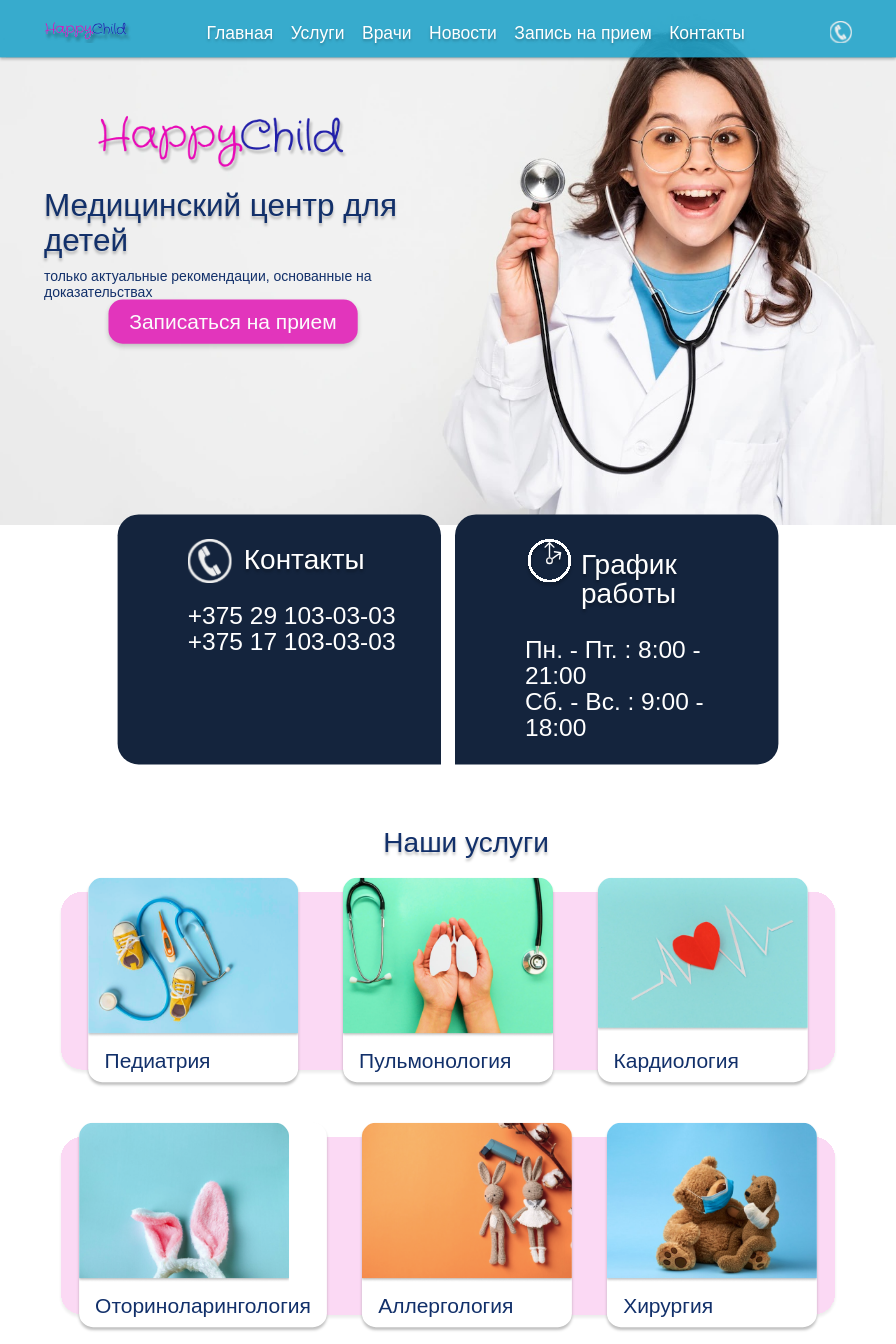
Repository: Normandy72/Landing-Page-Happy-Child
Page: index.html
The author's editor kept a copy of each file at every save. The page is drawn from the files as they stood at one save, then again after the next save.
The browser window is 1280 px wide. The pictures show the part of the page from y = 0 to 1920 px (the page is 8486 px tall), at 70% of full size.
Some web fonts or font styles are not loaded; a fallback is used.

Above is the page before, as saved 2022-11-12 18:22:34.

### index.html
<!DOCTYPE html>
<html lang="en">
<head>
    <meta charset="UTF-8">
    <meta http-equiv="X-UA-Compatible" content="IE=edge">
    <meta name="viewport" content="width=device-width, initial-scale=1.0">
    <link href="https://fonts.googleapis.com/css2?family=Neucha&display=swap" rel="stylesheet">
    <link href="https://fonts.googleapis.com/css2?family=Coustard:wght@400;900&display=swap" rel="stylesheet">
    <link rel="icon" href="resources/icon/stethoscope.ico" sizes="16x16">
    <link rel="icon" href="resources/icon/stethoscope.ico" sizes="32x32">
    <link rel="icon" href="resources/icon/stethoscope.ico" sizes="64x64">
    <link rel="stylesheet" href="styles/main.css">
    <title>Happy Child</title>
</head>

<body>
    <header>
        <div class="wrapper layout-3-columns">
            <a href="#">
                <div class="header__logo"></div>
            </a>
            <nav class="header__navigation">
                <a class = "navigation__link" href="#">Главная</a>
                <a class = "navigation__link" href="#">Услуги</a>
                <a class = "navigation__link" href="#">Врачи</a>
                <a class = "navigation__link" href="#">Новости</a>
                <a class = "navigation__link" href="#">Запись на прием</a>
                <a class = "navigation__link" href="#">Контакты</a>
            </nav>
            <a href="tel: +375291030303">
                <div class="header__phone"></div>
            </a>
        </div>
    </header>

    <main>
        <section class="section__main">
            <div class="wrapper">
                <div class="main__text">
                    <div class="main__logo"></div>
                    <h1>Медицинский центр для детей</h1>
                    <h6>только актуальные рекомендации, основанные на доказательствах</h6>
                    <button class="button button_accented">Записаться на прием</button>
                </div>
            </div>
        </section>

        <section class="section__information wrapper">
            <div class="information__block block__phone">
                <div class="block__icon"></div>
                <h2>Контакты</h2>
                <h3>+375 29 103-03-03</h3>
                <h3>+375 17 103-03-03</h3>
            </div>
            <div class="information__block block__shedule">
                <div class="block__icon"></div>
                <h2>График работы</h2>
                <h3>Пн. - Пт. :    8:00 - 21:00</h3>
                <h3>Сб. - Вс. :    9:00 - 18:00</h3>
            </div>
        </section>

        <section class="section__services">
            <div class="wrapper">
                <h2 class="heading_dark">Наши услуги</h2>
                <div class="divider"></div>
                <div class="services__cards layout-3-columns">
                    <div class="services__card">
                        <img src="resources/img/services/pediatria.png" alt="pediatria">
                        <h4>Педиатрия</h4>
                    </div>

                    <div class="services__card">
                        <img src="resources/img/services/pulmo.png" alt="pulmo">
                        <h4>Пульмонология</h4>
                    </div>

                    <div class="services__card">
                        <img src="resources/img/services/cardio.png" alt="cardio">
                        <h4>Кардиология</h4>
                    </div>
                </div>

                <div class="services__cards layout-3-columns">
                    <div class="services__card">
                        <img src="resources/img/services/lor.png" alt="lor">
                        <h4>Оториноларингология</h4>
                    </div>

                    <div class="services__card">
                        <img src="resources/img/services/allergo.png" alt="allergo">
                        <h4>Аллергология</h4>
                    </div>

                    <div class="services__card">
                        <img src="resources/img/services/surgery.png" alt="surgery">
                        <h4>Хирургия</h4>
                    </div>
                </div>

                <div class="services__cards layout-3-columns">
                    <div class="services__card">
                        <img src="resources/img/services/neuro.png" alt="neuro">
                        <h4>Неврология</h4>
                    </div>

                    <div class="services__card">
                        <img src="resources/img/services/endocryn.png" alt="endocryn">
                        <h4>Эндокринология</h4>
                    </div>

                    <div class="services__card">
                        <img src="resources/img/services/ophtalm.png" alt="ophtalm">
                        <h4>Офтальмология</h4>
                    </div>
                </div>

                <div class="services__cards layout-3-columns">
                    <div class="services__card">
                        <img src="resources/img/services/vaccination.png" alt="vaccination">
                        <h4>Вакцинация</h4>
                    </div>

                    <div class="services__card">
                        <img src="resources/img/services/usd.png" alt="usd">
                        <h4>УЗ-диагностика</h4>
                    </div>

                    <div class="services__card">
                        <img src="resources/img/services/stayhome.png" alt="stayhome">
                        <h4>Вызов врача на дом</h4>
                    </div>
                </div>
            </div>
        </section>

        <section class="section__addition">
            <div class="wrapper addition__info layout-2-columns">
                <div class="addition__text">
                    <h2>Записаться на прием онлайн</h2>
                    <h5>Записаться на приём можно в любое время суток и без выходных</h5>
                </div>
                <button class="button button_standart">Записаться онлайн</button>
            </div>
        </section>

        <section class="wrapper section__chief layout-2-columns">
            <div class="chief__foto"></div>
            <div class="chief__text">
                <div class="text__lines">
                    <div class="lines__line"></div>
                    <p>“</p>
                    <div class="lines__line"></div>
                </div>
                <h5>Счастливый ребенок – это, прежде всего, ребенок здоровый, и только потом уже читающий
                и играющий на скрипке.</h5>
                <div class="text__lines">
                    <div class="lines__line"></div>
                    <p>”</p>
                    <div class="lines__line"></div>
                </div>
                <div class="chief__signature">
                    <h5>Главный врач клиники</h5>
                    <img class="chief__logo" src="resources/icon/HappyChild_small.svg" alt="logo"></img>
                </div>
                <h5>Самуилова Инна Абрамовна</h5>
            </div>
        </section>

        <section class="wrapper section__doctors">
            <h2 class="heading_dark">Познакомьтесь с нашими специалистами</h2>
            <p>Мы гордимся тем, что являемся медицинским центром, где Ваши дети на первом месте!
                В кратчайшие сроки мы предоставляем медицинскую помощь высочайшего качества и индивидуальное лечение ведущими специалистами страны. </p>
            <div class="doctors__arrays">
                <div></div>
                <div></div>
            </div>
            <div class="doctors__cards">
                <div class="doctors__card">
                    <img src="resources/img/doctors/ivanov1.png" alt="ivanov1">
                    <h5>Иванов Илья Денисович</h5>
                    <h6>Врач-оториноларинголог</h6>
                </div>

                <div class="doctors__card">
                    <img src="resources/img/doctors/stanina1.png" alt="stanina1">
                    <h5>Станина Александра Ивановна</h5>
                    <h6>Врач-офтальмолог</h6>
                </div>

                <div class="doctors__card">
                    <img src="resources/img/doctors/tkachenko1.png" alt="tkachenko1">
                    <h5>Ткаченко Антонина Львовна</h5>
                    <h6>Врач-невролог</h6>
                </div>

                <div class="doctors__card">
                    <img src="resources/img/doctors/savenko1.png" alt="savenko1">
                    <h5>Савенко Алина Викторовна</h5>
                    <h6>Врач-педиатр</h6>
                </div>

                <div class="doctors__card">
                    <img src="resources/img/doctors/krotov1.png" alt="krotov1">
                    <h5>Кротов Алексей Геннадьевич</h5>
                    <h6>Врач-хирург</h6>
                </div>

                <div class="doctors__card">
                    <img src="resources/img/doctors/karpovich1.png" alt="karpovich1">
                    <h5>Карпович Анна Игоревна</h5>
                    <h6>Врач-кардиолог</h6>
                </div>

                <div class="doctors__card">
                    <img src="resources/img/doctors/akulich1.png" alt="akulich1">
                    <h5>Акулич Олег Васильевич</h5>
                    <h6>Врач-эндокринолог</h6>
                </div>

                <div class="doctors__card">
                    <img src="resources/img/doctors/astapenko1.png" alt="astapenko1">
                    <h5>Астапенко Ирина Эдуардовна</h5>
                    <h6>Врач УЗ-диагностики</h6>
                </div>
            </div>
        </section>

        <section>
            <div class="section__lines">
                <div></div>
                <div></div>
                <div></div>
            </div>
            <div class="wrapper section__news">
                <h2 class="heading_dark">Новости</h2>
                <div class="news_card">
                    <img src="resources/img/news/news1.png" alt="news1">
                    <h4>25. 07. 2022   15 : 00</h4>
                    <h3>Всемирный день здоровья полости рта</h3>
                    <h5>Взрослея, организм ребенка испытывает множество изменений. В честь Всемирного дня здоровья полости рта наши стоматологи расскажут родителям и детям, как заботиться о зубах и деснах в разных возрастных периодах, какие средства использовать, чтобы смена молочных зубов прошла легко и безболезненно, и еще много-много полезного!</h5>
                    <a href="#">Подробнее...</a>
                </div>

                <div class="news_card">
                    <img src="resources/img/news/news2.png" alt="news1">
                    <h4>27. 07. 2022   13 : 30</h4>
                    <h3>Европейская неделя иммунизации</h3>
                    <h5>Знаете ли Вы, что иммунизация является единственным и надежным способом борьбы с эпидемиологическими заболеваниями, такими как корь, полиомиелит, эпидемический паротит и др.? В рамках Европейской недели иммунизации врач-педиатр Савенко Алина Викторовна познакомит Вас с текущим календарем профилактических прививок и ответит на все волнующие Вас вопросы! </h5>
                    <a href="#">Подробнее...</a>
                </div>

                <div class="news_card">
                    <img src="resources/img/news/news3.png" alt="news1">
                    <h4>28. 07. 2022    16 : 00</h4>
                    <h3>Международный день офтальмологии</h3>
                    <h5>Ухудшение зрения может лишить человека возможности заниматься любимым делом. Хорошо, что современная офтальмология обладает широкими возможностями для лечения многих заболеваний глаз.  Приходите к нам в Международный день офтальмологии и узнайте, что рекомендуют специалисты для профилактии заболеваний глаз.</h5>
                    <a href="#">Подробнее...</a>
                </div>
            </div>
        </section>

        <section class="section__addition">
            <div class="wrapper addition__info layout-2-columns">
                <div class="addition__text">
                    <h2>Подписаться на рассылку</h2>
                    <h5>Будьте в курсе новостей !</h5>
                </div>
                <form class="addition__form">
                    <input class = "addition__input" type="text" value="Email">
                    <button class="button button_standart">Подписаться</button>
                </form>
            </div>
        </section>

        <section class="wrapper section__callback">
            <div class="callback__form">
                <h2 class="heading_dark">Остались вопросы?</h2>
                <h5>Оставьте заявку, мы Вам перезвоним!</h5>
                <form action="">
                    <input class="callback__input" type="text" value="Ваше имя">
			        <input class="callback__input" type="tel" placeholder="Номер телефона" pattern="+375(29,17,33,44)[0-9]{3}-[0-9]{2}-[0-9]{2}" required>
			        <select class="callback__input" name="menu" size="1">
				        <option>Желаемая услуга</option>
				        <option value="ped">Педиатрия</option>
				        <option value="pulmo">Пульмонология</option>
				        <option value="cardio">Кардиология</option>
				        <option value="lor">Оториноларингология</option>
				        <option value="allergo">Аллергология</option>
				        <option value="surg">Хирургия</option>
				        <option value="neuro">Неврология</option>
				        <option value="endocryn">Эндокринология</option>
				        <option value="ophtalm">Офтальмология</option>
				        <option value="vaccin">Вакцинация</option>
				        <option value="usd">УЗ-диагностика</option>
				        <option value="stayhome">Вызов врача на дом</option>
			        </select>
			        <input class="callback__input" type="date" value="2022-01-01" min="2022-01-01" max="2022-12-31">
                    <label class="callback__checkbox">
                        <input type="checkbox">
                        Я даю согласие на хранение и обработку персональных данных
                    </label>
			        <button class="button button_standart">Оставить заявку</button>
                </form>
            </div>
            <div class="callback__photo"></div>
        </section>

        <section class="wrapper section__contacts">
            <h2 class="heading_dark">Ждем Вас в нашем центре !</h2>
            <div class="contacts__info">
                <h3>Контакты</h3>
                <h5>Мы находимся по адресу:</h5>
                <h4>г. Минск, ул. Матусевича, 70</h4>
                <h5>Связаться:</h5>
                <a href="tel: +375291030303">+375 29 103-03-03</a>
                <a href="tel: +375171030303">+375 17 103-03-03</a>
                <h5>Мы в соц. сетях:</h5>
                <div class="contacts__social">
                    <a href="#"></a>
                </div>
                <div class="contacts__social">
                    <a href="#"></a>
                </div>
                <div class="contacts__social">
                    <a href="#"></a>
                </div>
            </div>
            <div class="contacts__map">
                <iframe src="https://www.google.com/maps/embed?pb=!1m18!1m12!1m3!1d2349.7572817965843!2d27.4501670158107!3d53.91828888010291!2m3!1f0!2f0!3f0!3m2!1i1024!2i768!4f13.1!3m3!1m2!1s0x46dbc52f35b245d3%3A0x98f1d72de22c93c4!2z0YPQu9C40YbQsCDQnNCw0YLRg9GB0LXQstC40YfQsCA3MCwg0JzQuNC90YHQug!5e0!3m2!1sru!2sby!4v1659879735812!5m2!1sru!2sby" width="50%" height="562px" style="border:0;" allowfullscreen="" loading="lazy" referrerpolicy="no-referrer-when-downgrade"></iframe>
            </div>
        </section>
    </main>

    <footer>
        <div class="wrapper">
            <h5>ООО “HappyChild” © 2022</h5>
            <a href="#">Политика конфиденциальности</a>
        </div>
    </footer>
</body>
</html>

### styles/main.css
@import url(base.css);
@import url(buttons.css);
@import url(footer.css);
@import url(form.css);
@import url(header.css);
@import url(headings.css);
@import url(layouts.css);
@import url(links.css);
@import url(section_addition.css);
@import url(section_chief.css);
@import url(section_information.css);
@import url(section_main.css);
@import url(section_services.css);
@import url(variables.css);

### styles/base.css
*{
    margin: 0;
    padding: 0;
    box-sizing: border-box;
}

html{
    scroll-behavior: smooth;
}

body{
    font-family: var(--main-font);
    font-size: 10px;
    color: var(--text-dark-color);
}

.wrapper{
    max-width: 1180px;
    min-width: 480px;
    padding: 0 1%;
    margin: auto;
}

.divider{
    width: 100%;
}

### styles/buttons.css
.button{
    border-radius: 20px;
    border: none;
    filter: drop-shadow(0px 4px 4px rgba(0, 0, 0, 0.25));
    padding: 15px 30px;
    opacity: 0.8;

    font-family: var(--main-font);
    font-style: normal;
    font-weight: 400;
    font-size: var(--buttons-font-size);
    line-height: 33px;
    display: flex;
    align-items: center;
    text-align: center;
    color: var(--buttons-text-color);
}

.button_accented{
    background-color: var(--accented-button-color);
}

.button_standart{
    background-color: var(--standart-button-color);
}

.button:hover{
    cursor: pointer;
    opacity: 1;
}

### styles/header.css
header{
    width: 100%;
    background-color: var(--header-color);
    box-shadow: var(--shadow);
    position: fixed;
    top: 0;
    z-index: 2;
}

header .wrapper{
    padding-top: 30px;
    padding-bottom: 20px;
}

.header__logo{
    background-image: url(../resources/icon/HappyChild_small.svg);
    background-repeat: no-repeat;
    width: 136px;
    height: 31px;
}

.header__logo:hover{
    transform: scale(1.2);
    transition-duration: 0.5s;
}

.header__navigation{
    display: flex;
    align-items: center;
    justify-content: space-between;
}

.navigation__link{
    padding-right: 25px;
}

.header__phone{
    background-image: url(../resources/icon/phone.svg);
    background-repeat: no-repeat;
    width: 32px;
    height: 32px;
}

.header__phone:hover{
    transform: scale(1.2);
    transition-duration: 0.5s;
}

### styles/headings.css
h1{
    font-size: var(--h1-font-size);
    font-style: normal;
    font-weight: 400;
    line-height: 50px;
}

h2{
    font-size: var(--h2-font-size);
    font-style: normal;
    font-weight: 400;
    line-height: 42px;
    text-shadow: var(--shadow);
}

h3{
    font-size: var(--h3-font-size);
    font-style: normal;
    font-weight: 400;
    line-height: 37px;
}

h4{
    font-size: var(--h4-font-size);
    font-style: normal;
    font-weight: 400;
    line-height: 32px;
}

h5{
    font-size: var(--h5-font-size);
    font-style: normal;
    font-weight: 400;
    line-height: 27px;
}

h6{
    font-size: var(--h6-font-size);
    font-style: normal;
    font-weight: 400;
    line-height: 22px;
}

### styles/layouts.css
.layout-3-columns{
    display: flex;
    align-items: center;
    justify-content: space-between;
    flex-wrap: wrap;
    flex-basis: 33%;
}

.layout-2-columns{
    display: flex;
    align-items: center;
    justify-content: space-between;
    flex-wrap: wrap;
    flex-basis: 45%;
}

### styles/links.css
a{
    text-decoration: none;
    color: var(--links-color);
    text-shadow: var(--shadow);
    font-size: var(--links-font-size);
}

a:hover{
    cursor: pointer;
    color: var(--links-hover-color);
    transition: var(--transition);
}

### styles/section_addition.css
.section__addition{
    color: var(--text-ligth-color);
    background-color: var(--added-blocks-color);
}

.addition__info{
    padding: 36px 10px;
}

### styles/section_information.css
.section__information{
    margin-top: -15px;
    display: flex;
    justify-content: center;
    color: var(--text-ligth-color);
    margin-bottom: 150px;
}

.information__block{
    width: 40%;
    background-color: var(--added-blocks-color);
    padding: 35px 60px 35px 100px;
}

.information__block h2{
    margin: -55px 0 40px 80px;
}

.block__phone{
    border-radius: 30px 30px 0 30px;
    margin-right: 10px;
}

.block__shedule{
    border-radius: 30px 30px 30px 0;
    margin-left: 10px;
}

.block__icon{
    background-size: contain;
    background-repeat: no-repeat;
}

.block__phone .block__icon{
    width: 63px;
    height: 63px;
    background-image: url(../resources/icon/phone.svg);
}

.block__shedule .block__icon{
    width: 70px;
    height: 70px;
    background-image: url(../resources/icon/watch.svg);
}

### styles/section_main.css
.section__main{
    width: 100%;
    height: 750px;
    background-image: url(../resources/img/girl.jpg);
    background-size: cover;
    background-repeat: no-repeat;
}

.main__text{
    padding-top: 165px;
    width: 540px;
    display: flex;
    flex-direction: column;
    align-items: center;
}

.main__logo{
    background-image: url(../resources/icon/HappyChild_big.png);
    background-repeat: no-repeat;
    width: 388px;
    height: 99px;
    margin-bottom: 5px;
}

.main__text h1{
    padding-bottom: 15px;
    text-shadow: var(--shadow);
}

.main__text h5{
    padding-bottom: 65px;
    text-shadow: var(--shadow);
}

### styles/section_services.css
.section__services .layout-3-columns{
    justify-content: space-evenly;
}

.section__services h2{
    display: block;
    margin: -60px 0 40px 42%;
}

.services__cards{
    background-image: url(../resources/img/line.svg);
    background-position: center;
    background-repeat: no-repeat;
    margin-bottom: 68px;
}

.services__card{
    background-color: var(--cards-color);
    border-radius: 20px;
    box-shadow: var(--shadow);
    margin-top: -10px;
}

.services__card img{
    border-radius: 20px 20px 0 0;
}

.services__card h4{
    padding: 15px 23px;
}

.services__card:hover{
    transform: scale(1.1);
    transition-duration: 0.5s;
    cursor: pointer;
}

### styles/variables.css
:root{
    /* fonts */
    --main-font: 'Neucha', Arial, cursive;
    --second-font:'Coustard', Arial;

    /* font sizes */
    --h1-font-size: 45px;
    --h2-font-size: 40px;
    --h3-font-size: 35px;
    --h4-font-size: 30px;
    --h5-font-size: 25px;
    --h6-font-size: 20px;
    --links-font-size: 25px;
    --buttons-font-size: 30px;

    /* colors */
    --header-color: rgba(35, 164, 201, 0.9);
    --links-color:  #FFFFFF;
    --links-hover-color: #12306A;
    --text-dark-color:#12306A;
    --text-ligth-color:#FFFFFF;
    --buttons-text-color: #FFFFFF;
    --accented-button-color: hsl(313, 94%, 45%);
    --standart-button-color:rgba(35, 164, 201);
    --added-blocks-color: #14243D;
    --cards-color: white;

    /* transition */
    --transition: all .3s ease-out;

    /* Other */
    --shadow: 0px 4px 4px rgba(0, 0, 0, 0.25);
}

Loaded but not shown: styles/section_chief.css (60 lines, source omitted); styles/footer.css (no copy from this time; the picture is the same without it); styles/form.css (no copy from this time; the picture is the same without it)

After the next save:
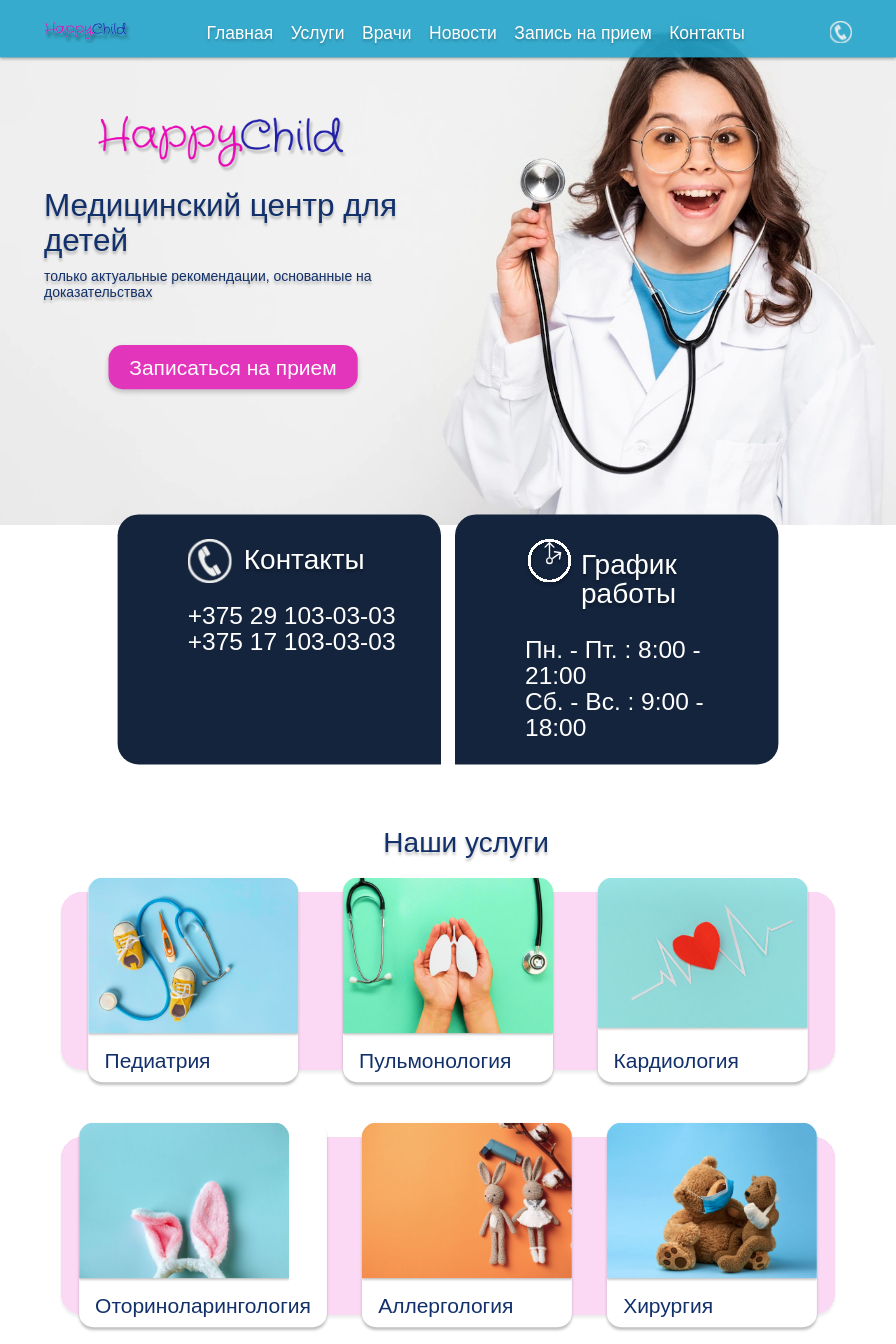
Saved 50 s later.
--- a/styles/section_main.css
+++ b/styles/section_main.css
@@ -27,7 +27,7 @@
     text-shadow: var(--shadow);
 }
 
-.main__text h5{
+.main__text h6{
     padding-bottom: 65px;
     text-shadow: var(--shadow);
 }
